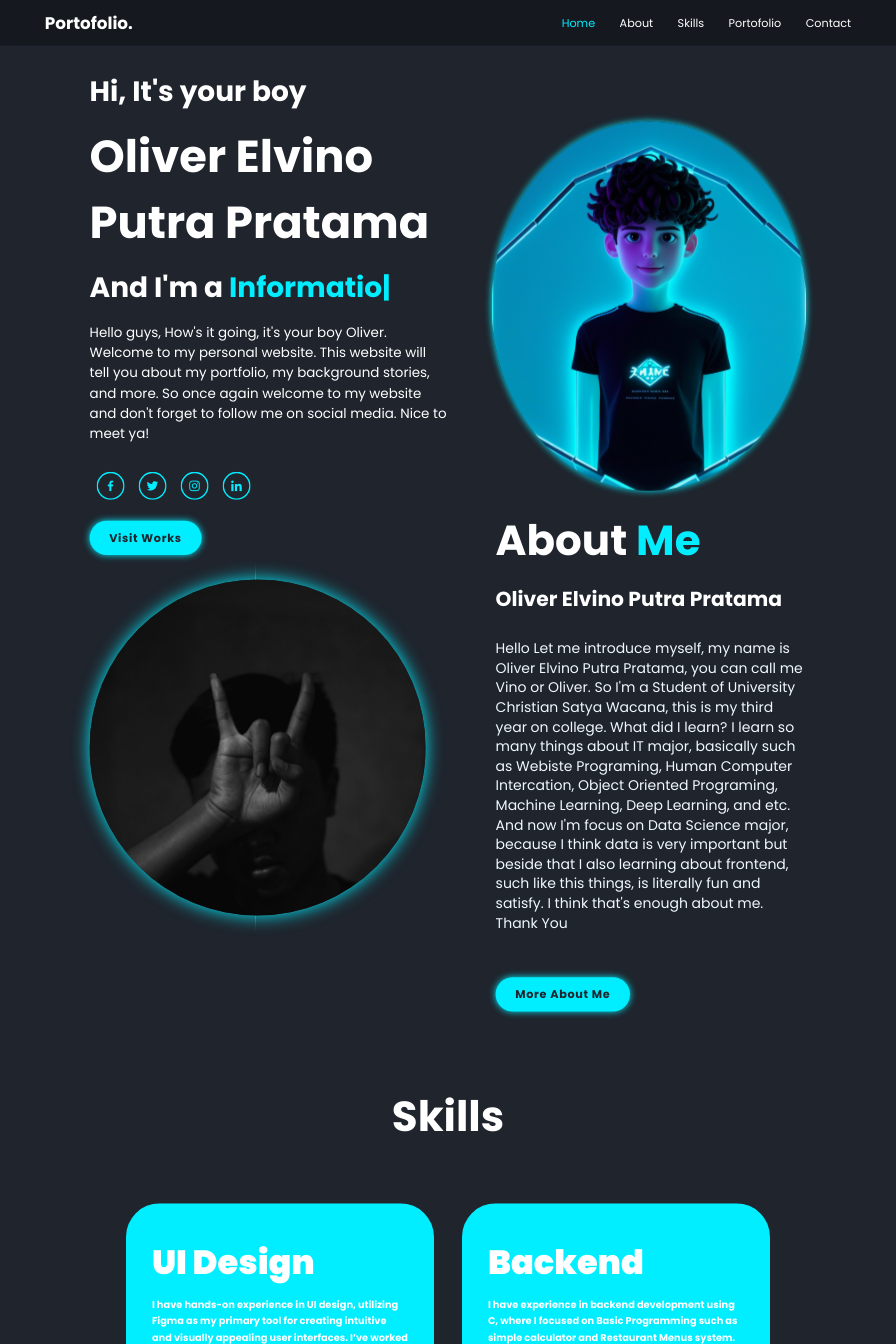
Repository: Olovrelvino/personalWebsite-HtmlCssJs-project
Page: main.html
An editor plug-in stored every save of this project. The page is shown before and after a run of saves, followed by the edit.
The browser window is 1280 px wide. The pictures show the part of the page from y = 0 to 1920 px (the page is 3653 px tall before and 3629 px after), at 70% of full size.
Some web libraries are served in a nearby version.

Above is the page before, as saved 2024-09-22 23:04:18.

After the next 3 saves:
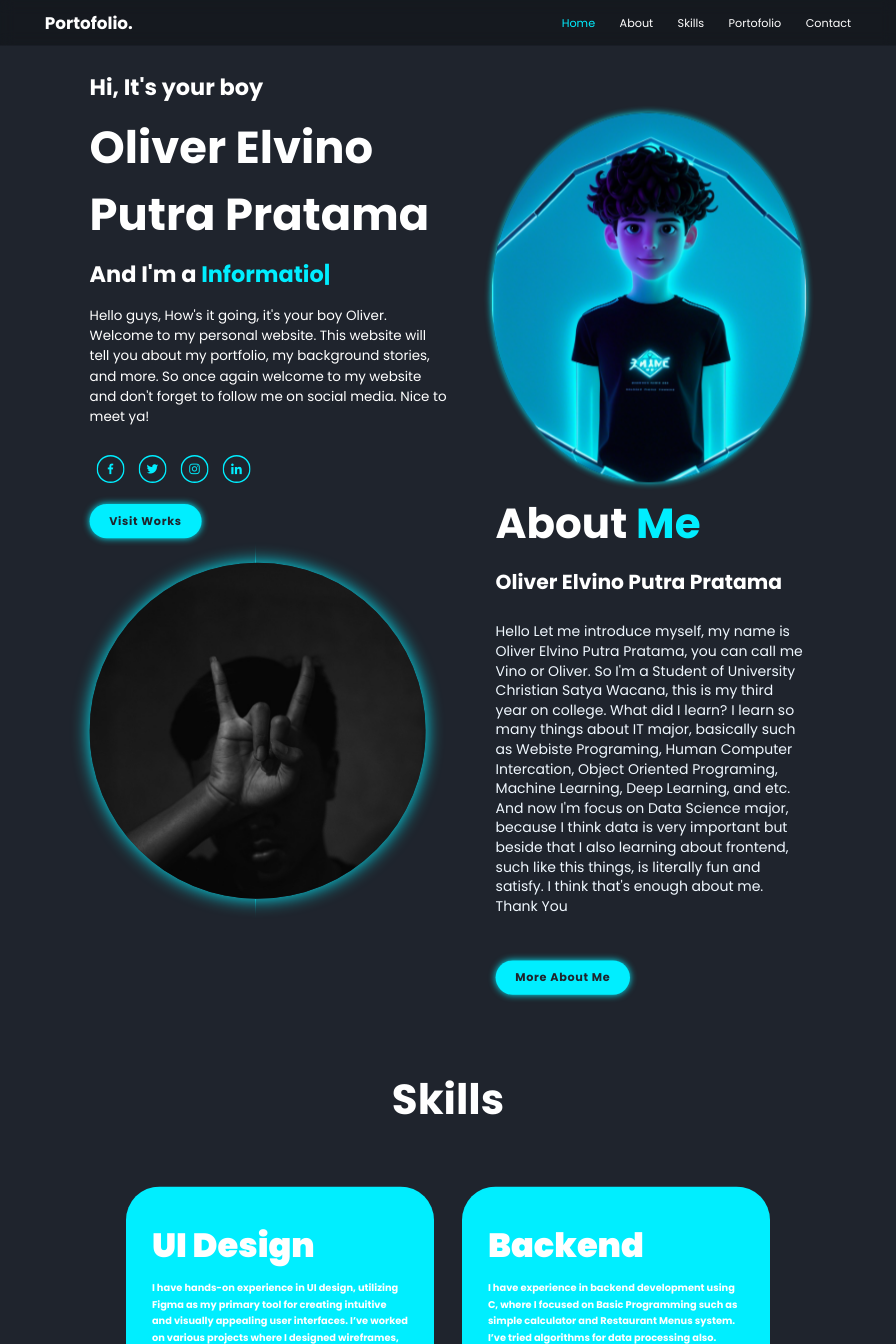
The 3 saves are shown as one change because they came seconds apart.
The last was saved 13 s later.
--- a/style.css
+++ b/style.css
@@ -129,7 +129,7 @@ body {
   }
 
   .home-content h3 {
-    font-size: 2.5rem;
+    font-size: 2rem;
     font-weight: 700;
     opacity: 0;
     animation: slideBottom 1s ease forwards;
